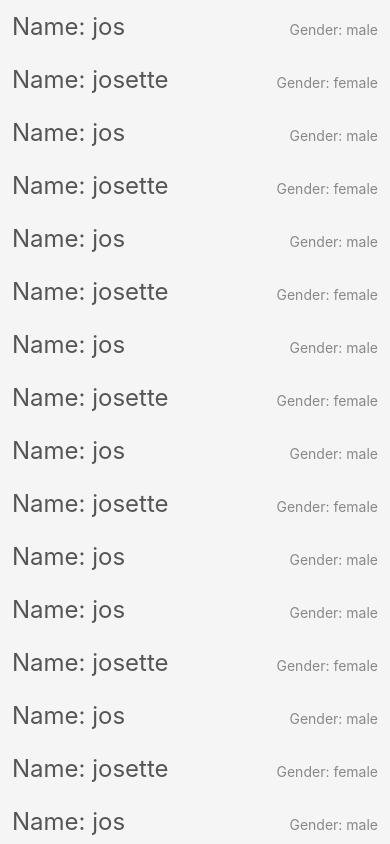
Repository: kfrancois/Bachelorproef-Apps
Screen: / (app in React Native/ListApp/.vscode/)
The author's editor kept a copy of each file at every save. The screen is drawn from the files as they stood at one save, then again after the next save.
An inner scrolling area shows only its first screen. The app was drawn by React Native's web renderer in a window 390 px wide. The project was rebuilt for these pictures with package versions that can differ from the ones it lists, and the page was loaded fresh each time.

Above is the screen before, as saved 2018-04-23 15:07:03.

### React Native/ListApp/.vscode/App.js
import React, { Component } from 'react';
import MyListView from './src/listView';

// type Props = {};
export default class App extends Component {
  render() {
    return <MyListView />;
  }
}

### React Native/ListApp/.vscode/src/listView.js
import React, { Component } from 'react';
import { View, FlatList, Text, SafeAreaView, StyleSheet } from 'react-native';
import items from './items';
import Row from './row';

export default class MyListView extends Component {
  render() {
    return (
      <SafeAreaView style={{ flex: 1, backgroundColor: 'whitesmoke' }}>
        <FlatList
          style={styles.idk}
          contentContainerStyle={styles.container}
          data={items}
          renderItem={data => {
            return <Row item={data.item} />;
          }}
        />
      </SafeAreaView>
    );
  }
}

const styles = StyleSheet.create({
  idk: {
    flex: 1,
    backgroundColor: 'whitesmoke'
  },
  container: {
    flexGrow: 1,
    justifyContent: 'space-between'
  },
  item: {
    padding: 10,
    fontSize: 18,
    height: 44
  }
});

### React Native/ListApp/.vscode/src/items.js
const items = [
  { key: '0', name: 'jos', gender: 'male' },
  { key: '1', name: 'josette', gender: 'female' },
  { key: '2', name: 'jos', gender: 'male' },
  { key: '3', name: 'josette', gender: 'female' },
  { key: '4', name: 'jos', gender: 'male' },
  { key: '5', name: 'josette', gender: 'female' },
  { key: '6', name: 'jos', gender: 'male' },
  { key: '7', name: 'josette', gender: 'female' },
  { key: '8', name: 'jos', gender: 'male' },
  { key: '9', name: 'josette', gender: 'female' },
  { key: '10', name: 'jos', gender: 'male' },
  { key: '11', name: 'jos', gender: 'male' },
  { key: '12', name: 'josette', gender: 'female' },
  { key: '13', name: 'jos', gender: 'male' },
  { key: '14', name: 'josette', gender: 'female' },
  { key: '15', name: 'jos', gender: 'male' },
  { key: '16', name: 'josette', gender: 'female' },
  { key: '17', name: 'jos', gender: 'male' },
  { key: '18', name: 'josette', gender: 'female' },
  { key: '19', name: 'jos', gender: 'male' },
  { key: '20', name: 'josette', gender: 'female' },
  { key: '21', name: 'jos', gender: 'male' },
  { key: '22', name: 'josette', gender: 'female' },
  { key: '23', name: 'jos', gender: 'male' },
  { key: '24', name: 'josette', gender: 'female' },
  { key: '25', name: 'jos', gender: 'male' },
  { key: '26', name: 'josette', gender: 'female' },
  { key: '27', name: 'jos', gender: 'male' },
  { key: '28', name: 'josette', gender: 'female' },
  { key: '29', name: 'jos', gender: 'male' },
  { key: '30', name: 'josette', gender: 'female' },
  { key: '31', name: 'jos', gender: 'male' },
  { key: '32', name: 'josette', gender: 'female' },
  { key: '33', name: 'jos', gender: 'male' },
  { key: '34', name: 'josette', gender: 'female' },
  { key: '35', name: 'jos', gender: 'male' },
  { key: '36', name: 'josette', gender: 'female' },
  { key: '37', name: 'jos', gender: 'male' },
  { key: '38', name: 'josette', gender: 'female' },
  { key: '39', name: 'jos', gender: 'male' },
  { key: '40', name: 'josette', gender: 'female' },
  { key: '41', name: 'jos', gender: 'male' },
  { key: '42', name: 'josette', gender: 'female' },
];

export default items;

### React Native/ListApp/.vscode/src/row.js
import React from 'react';
import { View, Text, StyleSheet } from 'react-native';

const styles = StyleSheet.create({
  container: {
    padding: 12,
    flexDirection: 'row',
    justifyContent: 'space-between',
    alignItems: 'baseline',
    alignSelf: 'stretch'
  },
  rowHeading: {
    fontSize: 24,
    color: '#555'
  },
  rowText: {
    fontSize: 14,
    color: '#888'
  }
});

const Row = props => {
  const item = props.item;
  const { name, gender } = item;
  return (
    <View style={styles.container}>
      <Text style={styles.rowHeading}>Name: {name}</Text>
      <Text style={styles.rowText}>Gender: {gender}</Text>
    </View>
  );
};

export default Row;

After the next save:
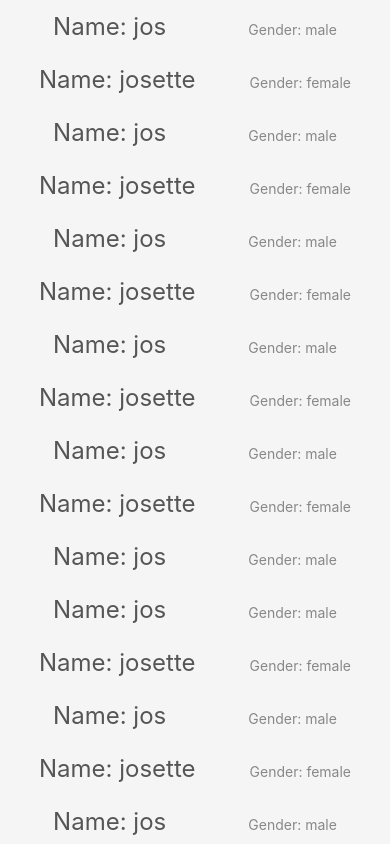
Saved 11 s later.
--- a/React Native/ListApp/.vscode/src/row.js
+++ b/React Native/ListApp/.vscode/src/row.js
@@ -5,7 +5,7 @@ const styles = StyleSheet.create({
   container: {
     padding: 12,
     flexDirection: 'row',
-    justifyContent: 'space-between',
+    justifyContent: 'space-around',
     alignItems: 'baseline',
     alignSelf: 'stretch'
   },
